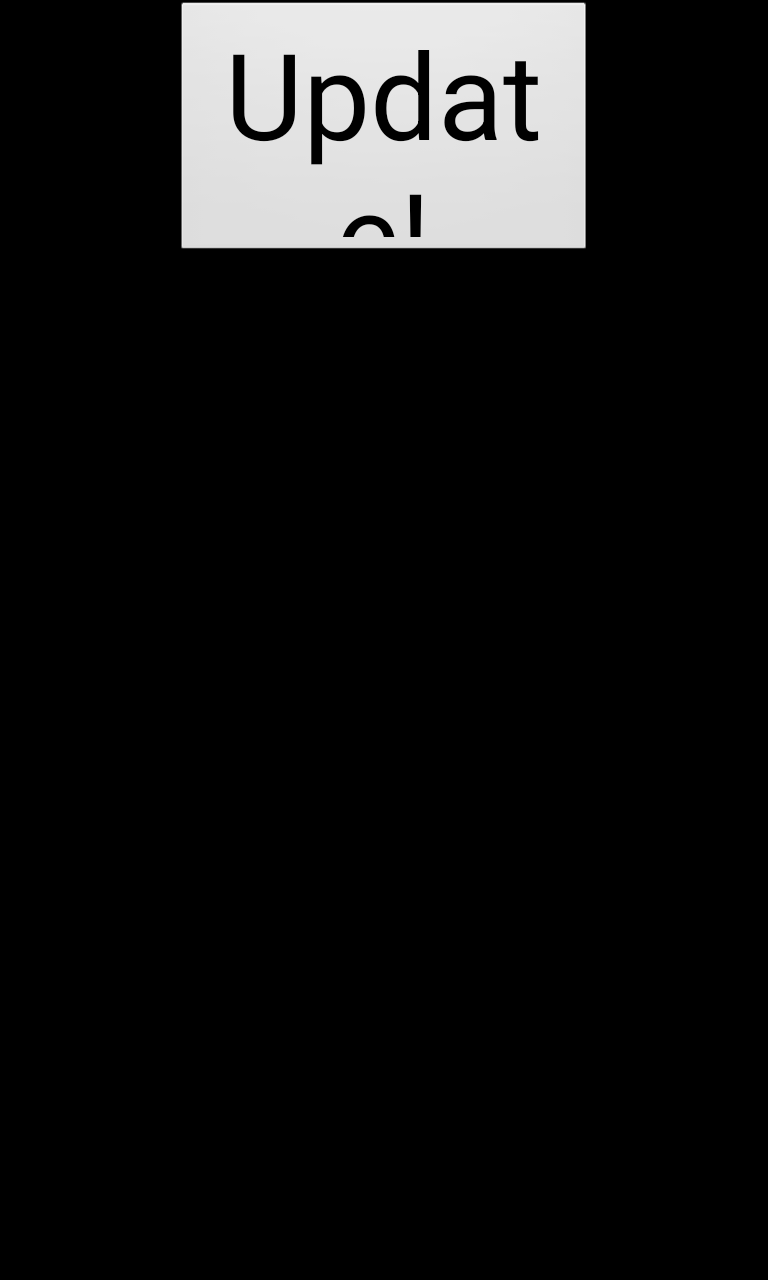
Repository: hgrateam/HangaramAPP_OLD-v2.0.6
Layout: HangaramAPP/res/layout/dbupdate.xml
An editor plug-in stored every save of this project. The layout is shown before and after the next save, followed by the edit.
It is drawn on a 768 x 1280 px phone screen (xhdpi) without system bars, with theme android:Theme.Black.NoTitleBar; the app's code is not run.

Above is the layout before, as saved 2012-07-14 09:33:38.

### HangaramAPP/res/layout/dbupdate.xml
<?xml version="1.0" encoding="utf-8"?>
<LinearLayout xmlns:android="http://schemas.android.com/apk/res/android"
    android:layout_width="fill_parent"
    android:layout_height="fill_parent"
    android:orientation="vertical" >

    <Button
        android:id="@+id/button1"
        android:layout_width="210dp"
        android:layout_height="130dp"
        android:layout_gravity="center|top"
        android:gravity="center"
        android:text="Update!"
        android:textSize="60dp"/>

</LinearLayout>

After the next save:
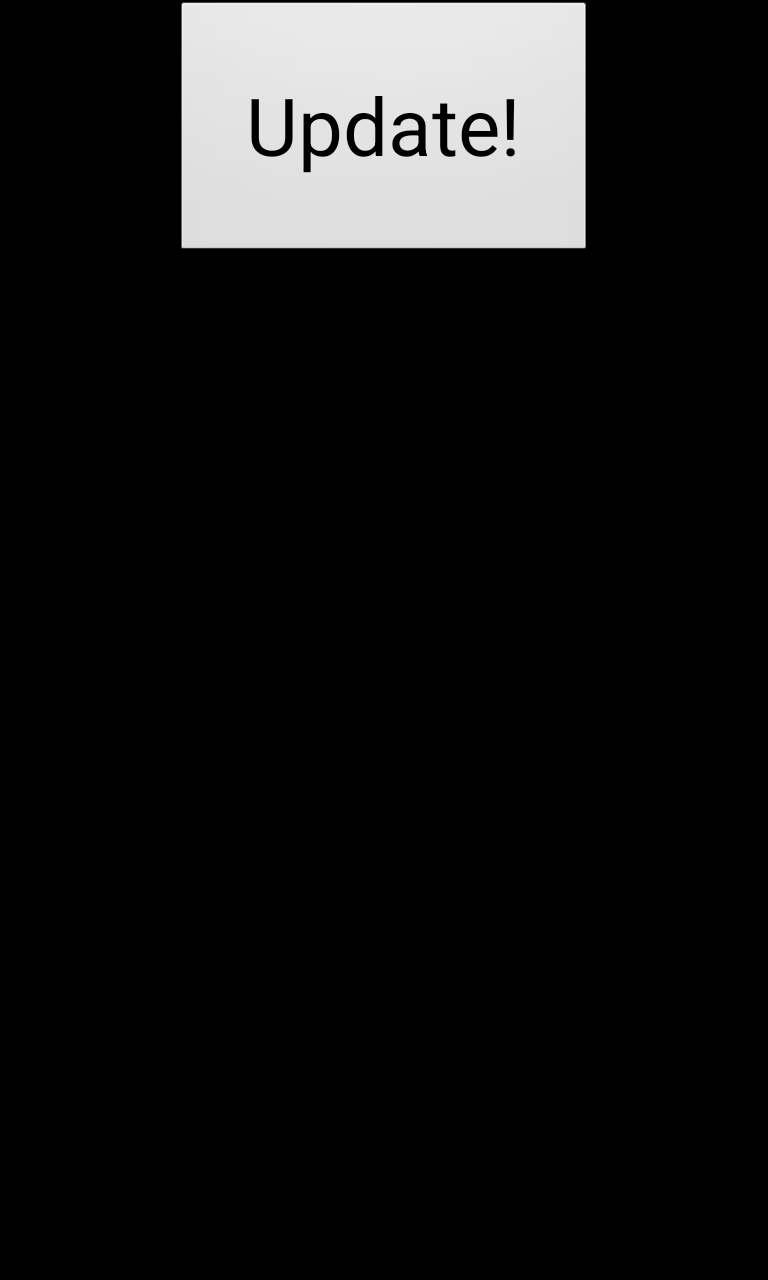
Saved 5 s later.
--- a/HangaramAPP/res/layout/dbupdate.xml
+++ b/HangaramAPP/res/layout/dbupdate.xml
@@ -11,6 +11,6 @@
         android:layout_gravity="center|top"
         android:gravity="center"
         android:text="Update!"
-        android:textSize="60dp"/>
+        android:textSize="40dp"/>
 
 </LinearLayout>
